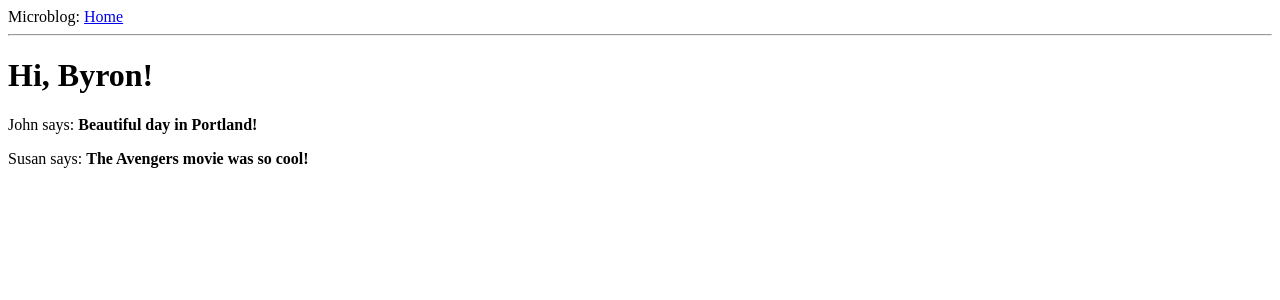
Repository: Matsikembareb/myPowervision
Page: http://localhost/
These files come from the project's save history. The page is drawn as it stood at one moment and after the next save; the edit follows.
The browser window is 1280 px wide. The pictures show the whole page.
The page is served by the project's application, run on Flask 3 (prototype_microblog/app/__init__.py). Other server files are loaded and not shown.

Above is the page before, as saved 2025-09-12 09:55:16.

### prototype_microblog/app/templates/base.html
<!DOCTYPE html>
<html lang="en">
    <head>
        <meta charset="UTF-8">
        <meta name="viewport" content="width=device-width, initial-scale=1.0">
        {% if title %}
        <title>{{ title }} - Microblog</title>
        {% else %}
        <title>Welcome to Microblog</title>
        {% endif %}
    </head>
    <body>
        <div>Microblog: <a href="/index">Home</a></div>
        <hr>
        {% block content %}{% endblock %}
    </body>
</html>
</html>

### prototype_microblog/app/routes.py
from flask import render_template
from app import app
from app.forms import LoginForm

@app.route('/')
@app.route('/index')
def index():
    user = {'username': 'Byron'}
    posts = [
        {
            'author': {'username': 'John'},
            'body': 'Beautiful day in Portland!'
        },
        {
            'author': {'username': 'Susan'},
            'body': 'The Avengers movie was so cool!'
        }
    ]
    return render_template('index.html', title='Home', user=user, posts=posts)

@app.route('/login')
def login():
    form = LoginForm()
    return render_template('login.html', title='Sign In', form=form)

Loaded but not shown: prototype_microblog/app/templates/index.html (common file); prototype_microblog/app/__init__.py (common file)

After the next save:
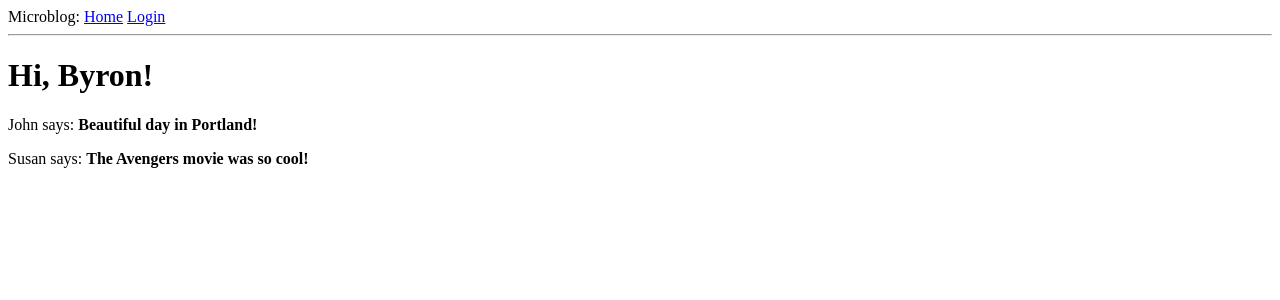
Saved 2 min 44 s later.
--- a/prototype_microblog/app/templates/base.html
+++ b/prototype_microblog/app/templates/base.html
@@ -10,9 +10,11 @@
         {% endif %}
     </head>
     <body>
-        <div>Microblog: <a href="/index">Home</a></div>
+        <div>Microblog:
+            <a href="/index">Home</a>
+            <a href="/login">Login</a>
+        </div>
         <hr>
         {% block content %}{% endblock %}
     </body>
 </html>
-</html>
